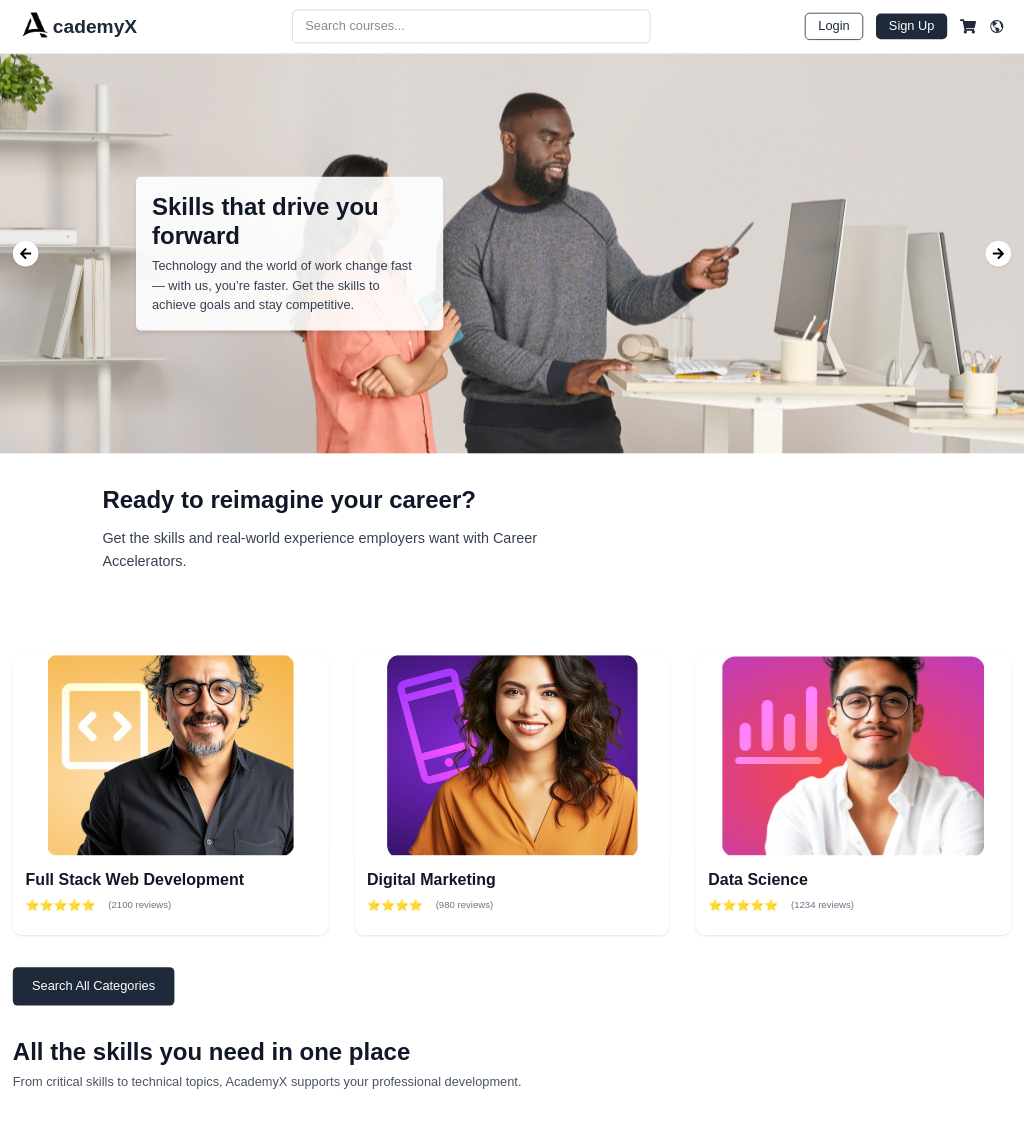
Repository: MohamedSalah54/full-stack-e-learning
Page: / (app in frontend/)
An editor plug-in stored every save of this project. The page is shown before and after the next save, followed by the edit.
The browser window is 1280 px wide. The pictures show the whole page, at 80% of full size.
The project was rebuilt for these pictures with package versions that can differ from the ones it lists, and the page was loaded fresh each time. The framework's server and built-in components were replaced by stand-ins that run in the browser. Also part of the build but not shown: frontend/next.config.ts.

Above is the page before, as saved 2025-06-15 14:52:58.

After the next save:
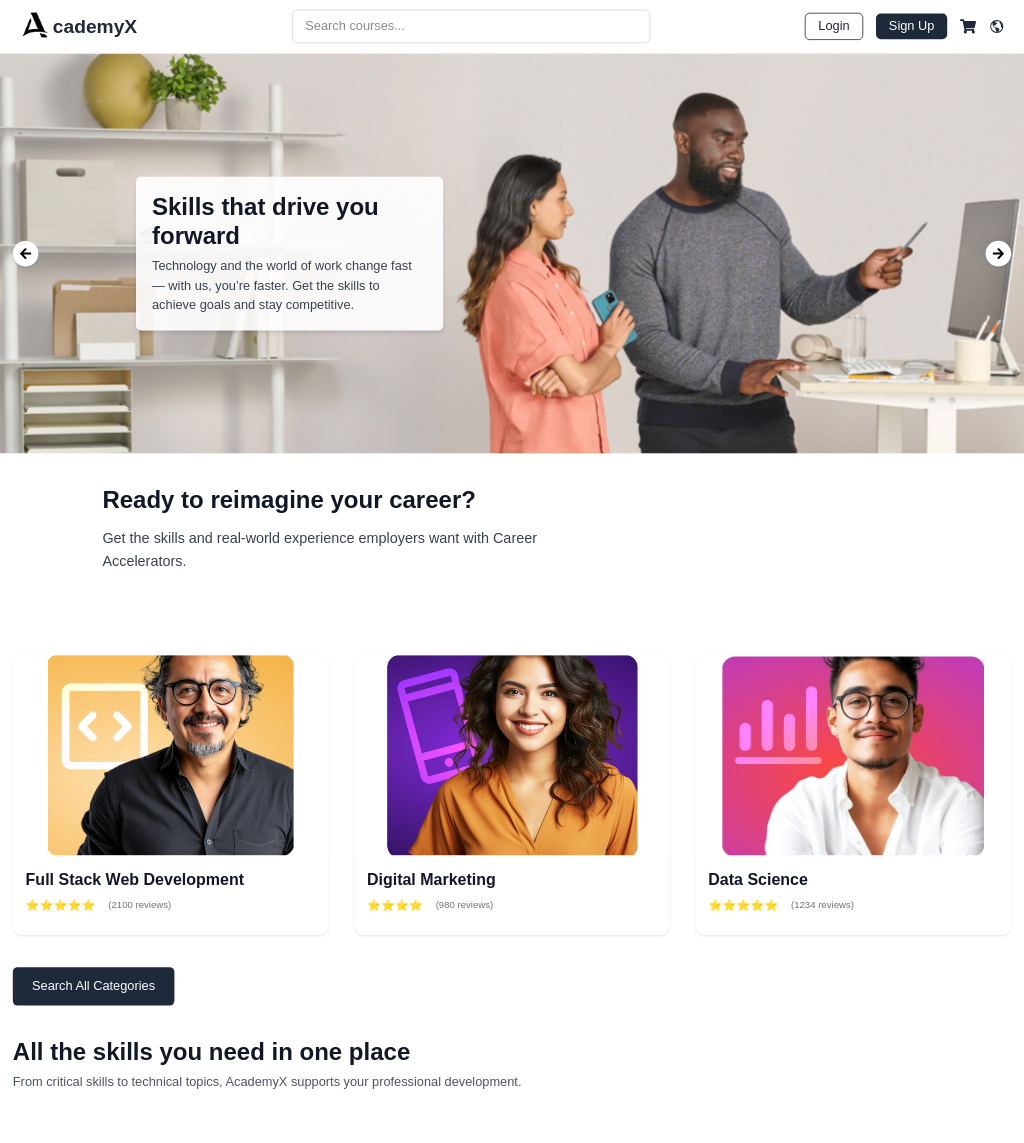
Saved 2 min 11 s later.
--- a/frontend/src/components/home/HeroBannerSlider.tsx
+++ b/frontend/src/components/home/HeroBannerSlider.tsx
@@ -21,46 +21,46 @@
     <>
       {/* Slider Section */}
       <section className="w-full relative bg-white overflow-hidden">
-        {/* Image */}
-        <div className="w-full h-[300px] sm:h-[400px] md:h-[500px] relative">
+        {/* Wrapper for center and padding on large screens */}
+        <div className="w-full max-w-screen-xl mx-auto relative h-[300px] sm:h-[400px] md:h-[500px]">
           {slides.map((slide, index) => (
             <img
               key={index}
               src={slide.image}
               alt="Hero"
-              className={`absolute top-0 left-0 w-full h-full object-cover object-right transition-opacity duration-700 ${
+              className={`absolute top-0 left-0 w-full h-full object-cover object-[45%] transition-opacity duration-700 ${
                 index === current ? "opacity-100 z-10" : "opacity-0 z-0"
               }`}
             />
           ))}
-        </div>
 
-        {/* Arrows */}
-        <button
-          onClick={prevSlide}
-          className="absolute top-1/2 left-4 transform -translate-y-1/2 bg-white text-black p-2 rounded-full shadow hover:bg-gray-200 z-40"
-        >
-          <FaArrowLeft />
-        </button>
-        <button
-          onClick={nextSlide}
-          className="absolute top-1/2 right-4 transform -translate-y-1/2 bg-white text-black p-2 rounded-full shadow hover:bg-gray-200 z-40"
-        >
-          <FaArrowRight />
-        </button>
+          {/* Arrows */}
+          <button
+            onClick={prevSlide}
+            className="absolute top-1/2 left-4 transform -translate-y-1/2 bg-white text-black p-2 rounded-full shadow hover:bg-gray-200 z-40"
+          >
+            <FaArrowLeft />
+          </button>
+          <button
+            onClick={nextSlide}
+            className="absolute top-1/2 right-4 transform -translate-y-1/2 bg-white text-black p-2 rounded-full shadow hover:bg-gray-200 z-40"
+          >
+            <FaArrowRight />
+          </button>
 
-        {/* Text Box - inside image on desktop, outside image on mobile */}
-        <div className="absolute hidden md:block top-1/2 left-[170px] transform -translate-y-1/2 z-30">
-          <div className="bg-white/90 p-5 rounded-md max-w-sm shadow-md">
-            <h1 className="text-2xl lg:text-3xl font-bold text-gray-900 mb-2">
-              {slides[current].title}
-            </h1>
-            <p className="text-gray-700 text-base">{slides[current].description}</p>
+          {/* Text Box for Large Screens */}
+          <div className="hidden md:block absolute top-1/2 left-[170px] transform -translate-y-1/2 z-30">
+            <div className="bg-white/90 p-5 rounded-md max-w-sm shadow-md">
+              <h1 className="text-2xl lg:text-3xl font-bold text-gray-900 mb-2">
+                {slides[current].title}
+              </h1>
+              <p className="text-gray-700 text-base">{slides[current].description}</p>
+            </div>
           </div>
         </div>
       </section>
 
-      {/* Text below image for small screens */}
+      {/* Text Below Image for Small Screens */}
       <div className="block md:hidden w-full bg-white pt-6 px-4">
         <div className="bg-white p-0 shadow-none rounded-none">
           <h1 className="text-xl font-bold text-gray-900 mb-2">{slides[current].title}</h1>
@@ -68,7 +68,7 @@
         </div>
       </div>
 
-      {/* Section below everything */}
+      {/* Section Below */}
       <div className="w-full text-left py-10 bg-white px-4 sm:px-10 md:px-32">
         <h1 className="text-2xl sm:text-3xl font-bold text-gray-900 mb-4">
           Ready to reimagine your career?
